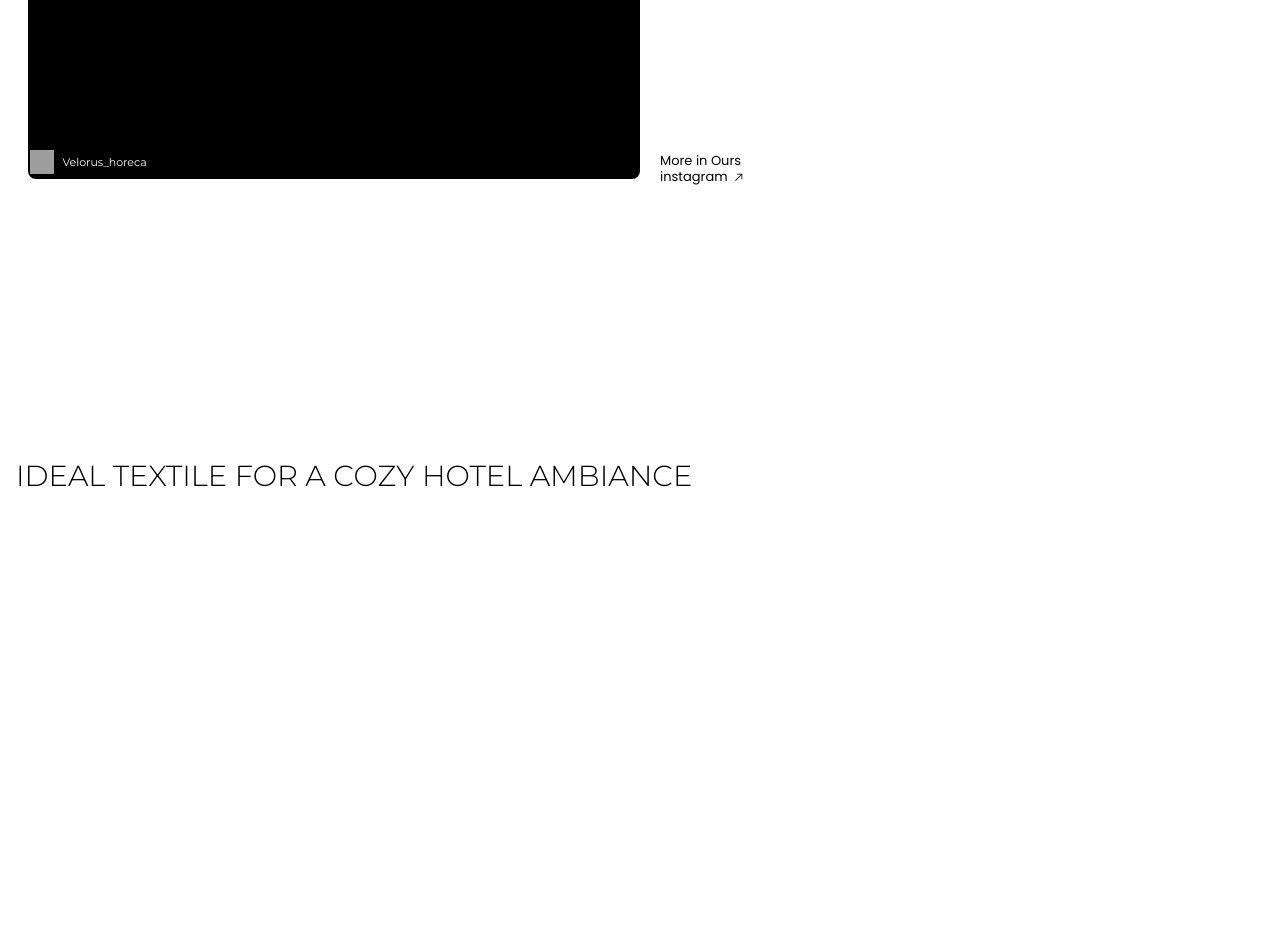
Repository: nikhilsinghrathore1/Shery_02
Page: /
These files come from the project's save history. The page is drawn as it stood at one moment and after the next save; the edit follows.
The browser window is 1280 px wide. The pictures show the part of the page from y = 3290 to 4242 px (the page is 5544 px tall).
Pictures or frames that could not be fetched are drawn as grey boxes. The project was rebuilt for these pictures with package versions that can differ from the ones it lists, and the page was loaded fresh each time. Also part of the build but not shown: vite.config.js.

Above is the page before, as saved 2024-07-18 03:05:51.

### src/App.jsx
import { useState } from 'react'
import reactLogo from './assets/react.svg'
import viteLogo from '/vite.svg'
import './App.css'
import Landing from './pages/Landing'

function App() {
  const [count, setCount] = useState(0)

  return (
    <>
      <Landing/>
    </>
  )
}

export default App

### src/App.css
@font-face {
  font-family: font1;
  src: url("../public/6624dc4c3f39ffabcd0dc162_Montserrat-VariableFont_wght.ttf");
}
@font-face {
  font-family: font2;
  src: url("../public/CircularXXWeb-Book\ \(1\).ttf");
}
@font-face {
  font-family: font3;
  src: url("../public/JTUQjIg1_i6t8kCHKm459WxRyS7m0dR9pA.ttf");
}
@font-face {
  font-family: font4;
  src: url("../public/JTUSjIg1_i6t8kCHKm459WlhyyTh89Y.ttf");
}
@font-face {
  font-family: font5;
  src: url("../public/pxiEyp8kv8JHgFVrJJfecnFHGPc.ttf");
}

.f1{
  font-family: font1;
}
.f2{
  font-family: font2;
}
.f3{
  font-family: font3;
}
.f4{
  font-family: font4;
}
.f5{
  font-family: font5;
}

### src/pages/Landing.jsx
import React from 'react'
import MoreInsta from '../components/MoreInsta'
import Nav from '../components/Nav'
import SingleHero from '../components/SingleHero'
import VideoCont from '../components/VideoCont'

const Landing = () => {
  return (
    <div className='w-full overflow-hidden'>
               {/* this is the first image gallery part */}
               <div className='w-full h-[400vh] relative '>
               <Nav/>
               <SingleHero img={"https://cdn.prod.website-files.com/6613fb0aff6a7761bf9a817d/66267f01781250e3c4f8ed19_hero-01-p-1080.webp"} text={"hotel"}/>
               <SingleHero img={"https://cdn.prod.website-files.com/6613fb0aff6a7761bf9a817d/66267f00e43626f944ce0076_hero-02-p-1080.webp"} text={"restaurant"}/>
               <SingleHero img={"https://cdn.prod.website-files.com/6613fb0aff6a7761bf9a817d/66267f011d36d94902bbbcd3_hero-03-p-1080.webp"} text={"catering"}/>
               <SingleHero img={"https://cdn.prod.website-files.com/6613fb0aff6a7761bf9a817d/66267f0015a49ebd0cb05e50_hero-04-p-1080.webp"} text={"+automative"}/>
               </div>

               {/* this is the second text wala part  */}

               <div className='w-full  h-[120vh] px-4 pt-32 leading-[42px]'>
                              {/* this is the variable weight text */}
                              <div className='w-full f4 text-[32px] font-semibold text-black uppercase h-fit'>
                                             <p><span className='pl-44'>full</span> responsibility from project to implementation.</p>
                              </div>

                              <div className='f4 text-[13px] font-semibold mt-10 leading-none'>
                                             <p>More about us</p>
                                             <p className='mt-3 leading-[16px] font-semibold'>The textile production Velours HoReCa was founded in Lviv in 2005. <span className='opacity-60'>Our activity is focused on professionally outfitting the interiors of hotels, restaurants, cafes, and bars with textile products.</span></p>
                              </div>

                              <div className='w-full flex h-[50vh] mt-12 '>
                                             <div className='w-1/2 h-full flex justify-end pt-3'>
                                                            <VideoCont/>
                                             </div>
                                             <div className='w-1/2 h-full flex flex-col justify-between pl-3 pb-16 f5 font-light'>

                                                            <div className='w-full leading-[17px]  text-[13px]'>
                                                                           <p>With extensive experience in the Horeca sector - 18 years </p>
                                                                           <p className='opacity-70'>[as of 2024]</p>

                                                                           <div className='border-y-[1px] border-black/20 py-1 mt-3'>
                                                                                          <p>We offer both warranty and post-warranty servicing.</p>
                                                                           </div>
                                                            </div>

                                                            <div className='f4 pl-2'>
                                                                           <MoreInsta/>
                                                            </div>



                                             </div>
                              </div>
               </div>

               <div className='w-full h-[250vh] px-4'>
                              <div className='w-full uppercase text-[29px] f1 font-light '>
                                             <p>ideal textile for a cozy hotel ambiance</p>
                              </div>
               </div>


    </div>
  )
}

export default Landing

### src/components/MoreInsta.jsx
import React from 'react'
import { GoArrowUpRight } from "react-icons/go";

const MoreInsta = () => {
  return (
    <div className=' leading-[16px] text-[13px] text-black f5 font-light'>
               <p>More in Ours</p>
               <p className='flex items-center gap-1'>instagram <span><GoArrowUpRight/></span></p>
    </div>
  )
}

export default MoreInsta

### src/components/Nav.jsx
import React from 'react'

const Nav = () => {
  return (
    <div className='w-full h-[100vh]  fixed text-white flex flex-col justify-between z-40 top-0'>
        <div className=' flex items-center justify-center pt-7'>

               <div className='flex  flex-col items-center justify-center leading-[18px]'>
                              <h1 className='text-[24px] f1'>Velorus</h1>
                              <h2 className='text-[10px] f1 '>HoReCa</h2>
               </div>
        </div>

        {/* this is the menu bar kinda thingy */}
        <div className='w-full h-[10vh]  px-3  '>

          <div className='w-full h-[65%] bg-black rounded-md flex justify-between px-[2px]'>
            <div className='w-[18%] h-full bg-white flex items-center justify-center overflow-hidden rounded-md'>
              <img className='w-[90%] h-[90%] object-cover' src="https://cdn.prod.website-files.com/6613fb0aff6a7761bf9a817d/6624b9bbba2e8daa37ae2e54_download-img-02.webp" alt="not showing" />
            </div>

            <div className='w-[57%] h-full text-[13px] text-white leading-[16px] f2 flex items-center justify-center'>
              <p>Download our Brochour on services in the HoReCa industry</p>
            </div>


            <div className='w-[15%] h-full bg-white flex items-center justify-center overflow-hidden rounded-md'>
              <img className='w-[80%] h-[80%] object-cover' src="https://cdn.prod.website-files.com/6613fb0aff6a7761bf9a817d/6624bdfbd80898e1c3060de1_download-icon.webp" alt="not showing" />
            </div>
          </div>





        </div>

    </div>
  )
}

export default Nav

### src/components/SingleHero.jsx
import React from 'react'

const SingleHero = ({img , text}) => {
  return (
    <div className='w-full h-[100vh] relative'>
               <div className='absolute bg-black/10 flex items-center justify-center w-full h-full top-0'>
                              <h1 className='uppercase text-[44px] f4 font-bold tracking-wider text-white'>{text}</h1>
               </div>
               <img className='w-full h-full object-cover' src={img} alt="not showing" />
    </div>
  )
}

export default SingleHero

### src/components/VideoCont.jsx
import React from 'react'

const VideoCont = () => {
  return (
    <div className='w-[98%] h-[80%] bg-black rounded-lg pt-[3px] px-[2px] '>
               <div className='w-full h-[87%] overflow-hidden rounded-lg'>
                              <video autoPlay muted loop className='w-full h-full object-cover' src="https://s3.amazonaws.com/webflow-prod-assets/6613fb0aff6a7761bf9a817d/663bcfe77765a0f1702b036f_insta-3.mp4"></video>
               </div>
               <div className='w-full text-white text-[11px] f1 h-[13%] pt-1 flex items-center pb-[2px] gap-2'>
                              <img className='w-[24px] h-[24px] object-cover' src="https://cdn.prod.website-files.com/6613fb0aff6a7761bf9a817d/663bcbd3012e5e6821be914c_logo-horeca.png" alt="not showing" />
                              <p>Velorus_horeca</p>
               </div>
    </div>
  )
}

export default VideoCont

Loaded but not shown: index.html (common file); src/main.jsx (common file); src/index.css (common file); tailwind.config.js (common file)

After the next save:
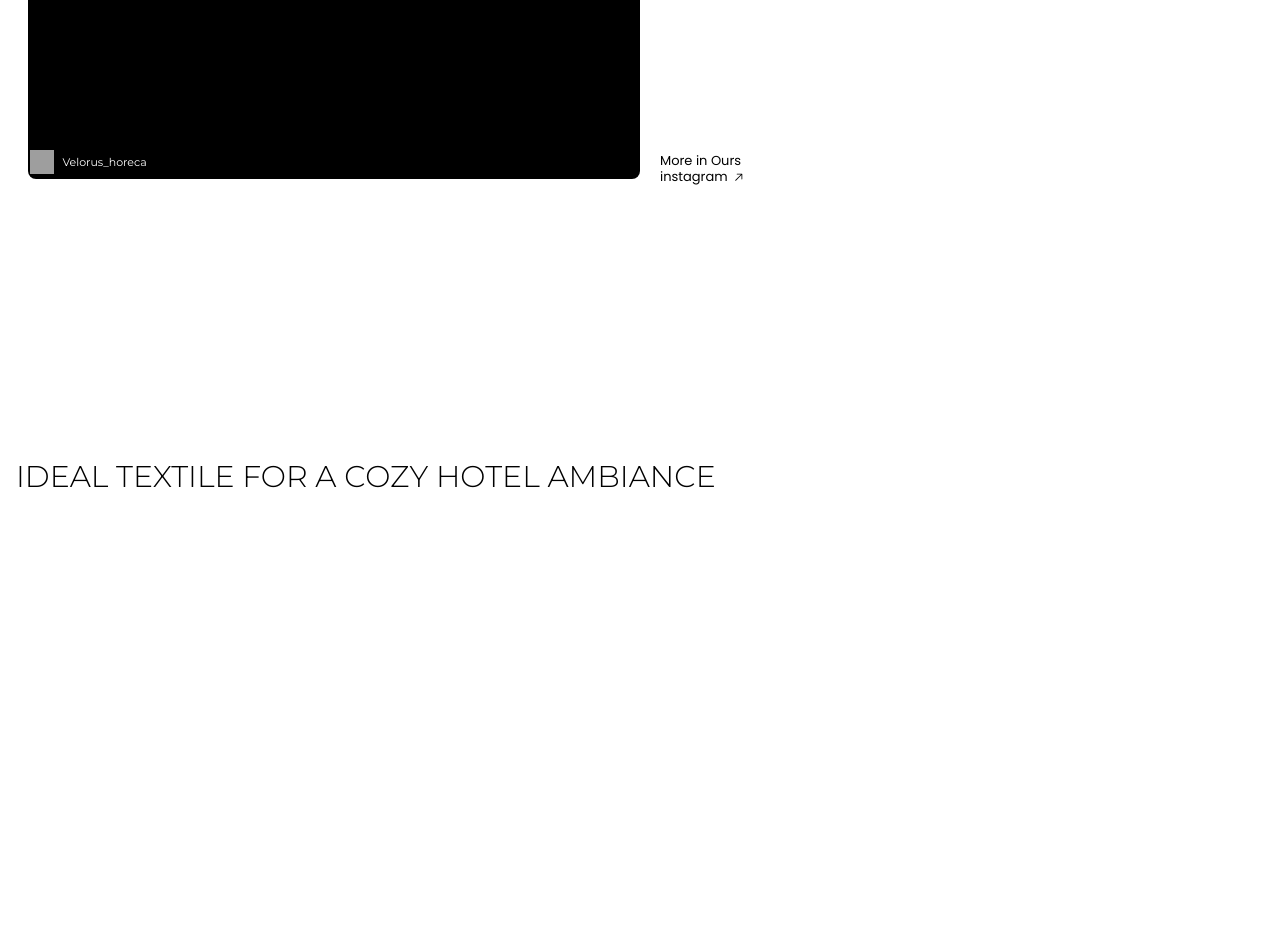
Saved 8 s later.
--- a/src/pages/Landing.jsx
+++ b/src/pages/Landing.jsx
@@ -55,7 +55,7 @@ const Landing = () => {
                </div>
 
                <div className='w-full h-[250vh] px-4'>
-                              <div className='w-full uppercase text-[29px] f1 font-light '>
+                              <div className='w-full uppercase text-[30px] f1 font-light '>
                                              <p>ideal textile for a cozy hotel ambiance</p>
                               </div>
                </div>
